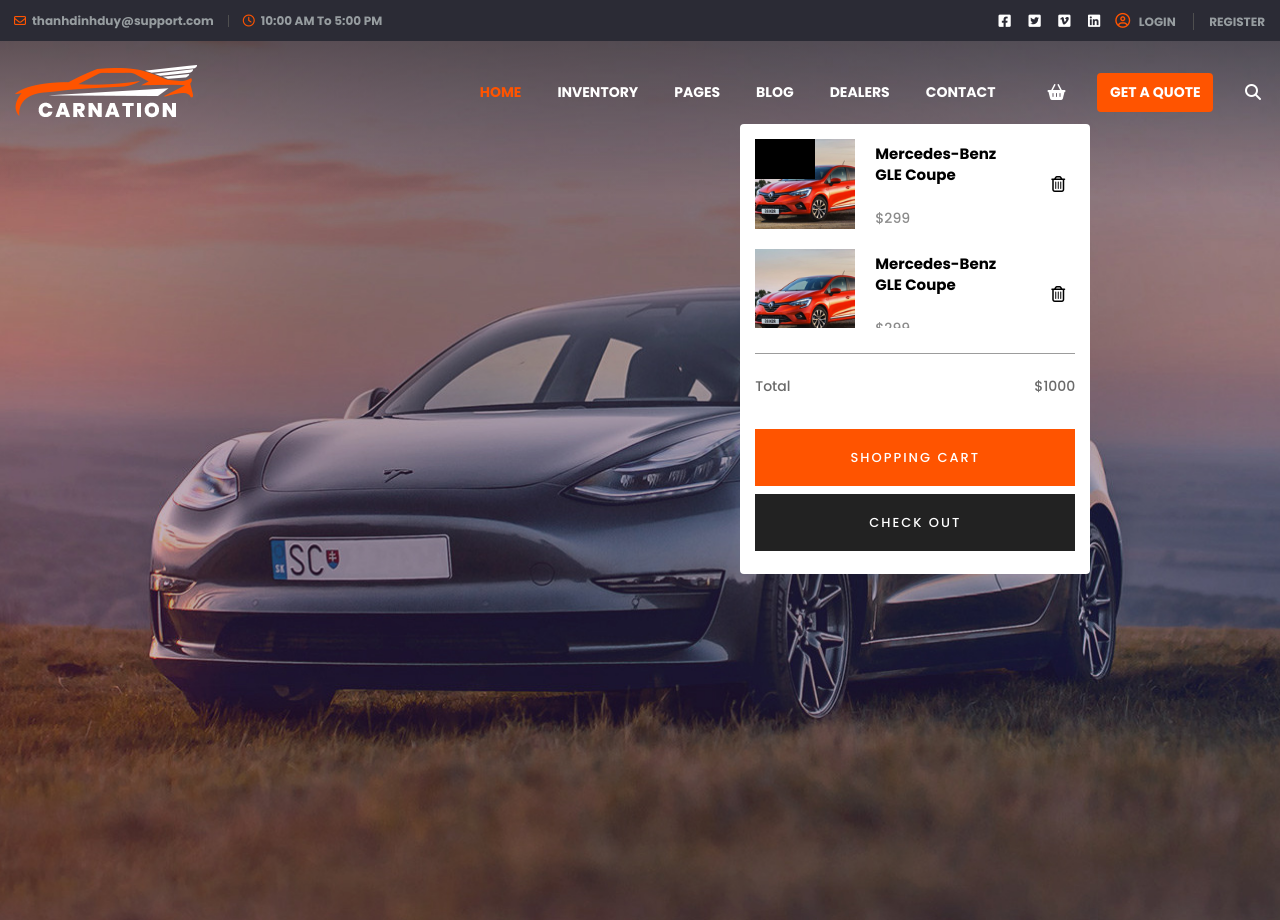
Repository: thanhdinh01/shopcar
Page: index.html
An editor plug-in stored every save of this project. The page is shown before and after the next save, followed by the edit.
The browser window is 1280 px wide. The pictures show the whole page.
Some web libraries are served in a nearby version. The style sheet was rebuilt from its Sass, Less or Tailwind sources for each picture, by a compiler version that may differ from the author's.

Above is the page before, as saved 2022-08-10 21:26:11.

After the next save:
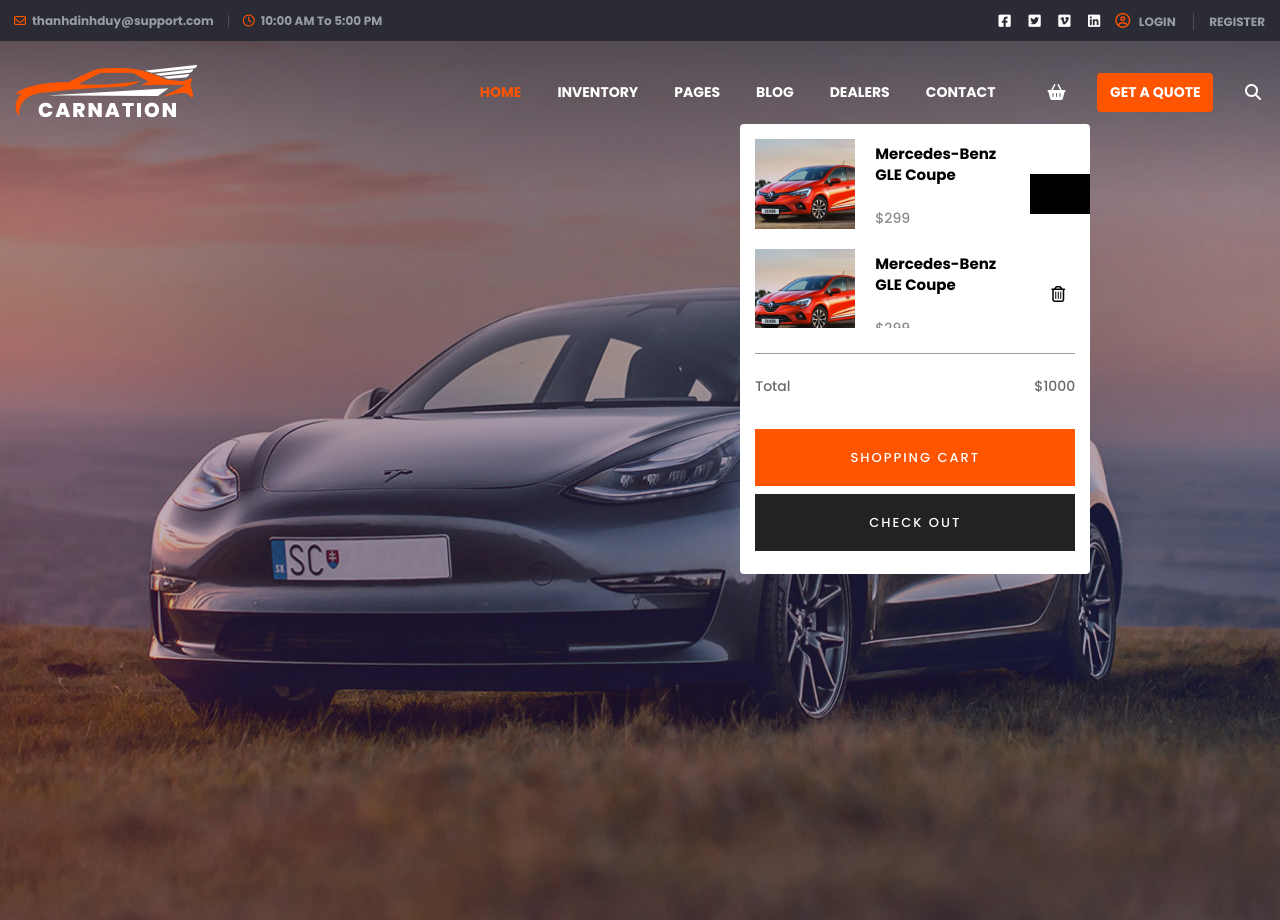
Saved 15 s later.
--- a/css/_header.scss
+++ b/css/_header.scss
@@ -159,6 +159,8 @@
           &::before {
             content: "";
             position: absolute;
+            right: 0;
+            top: 50px;
             height: 40px;
             width: 60px;
             background: black;
